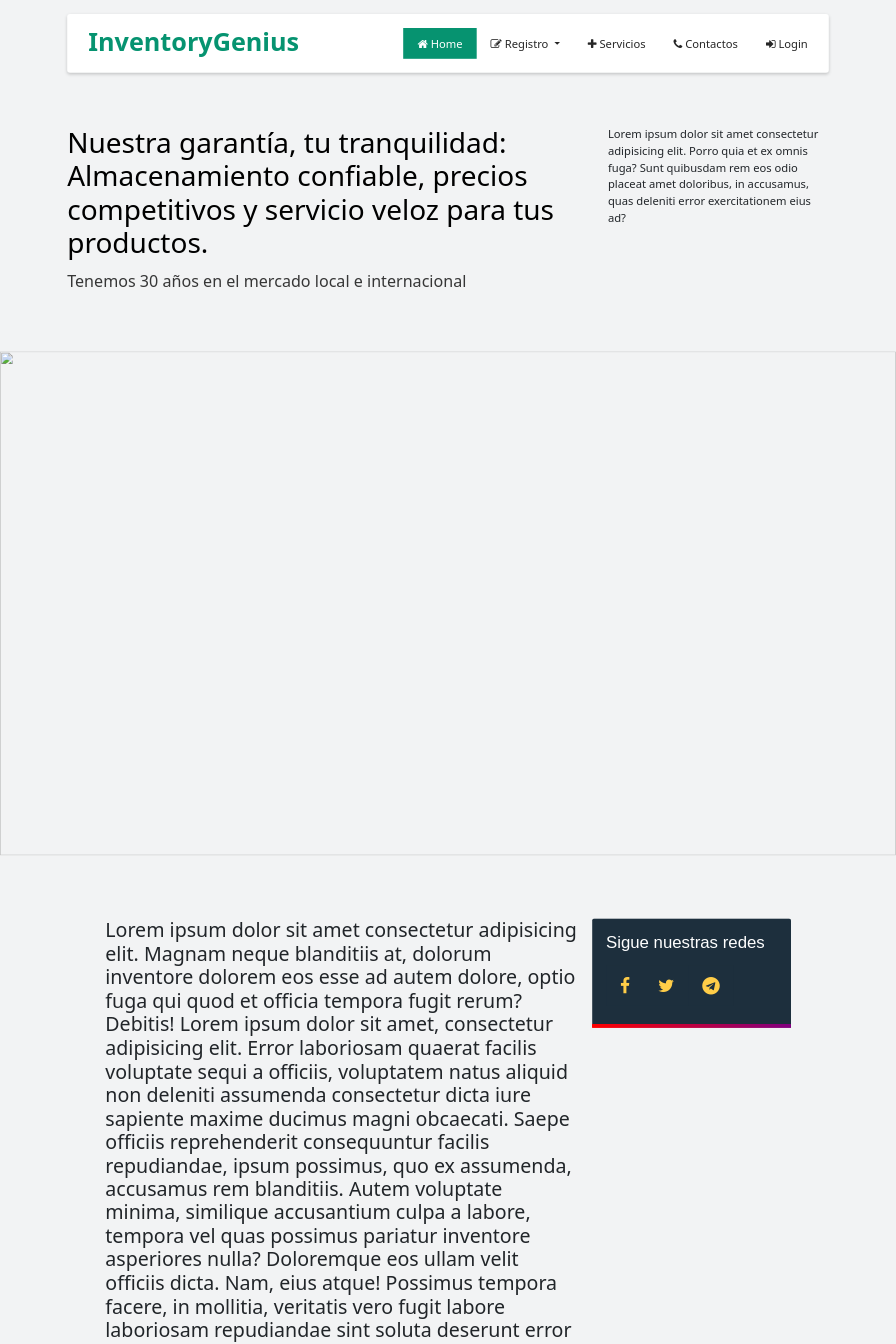
Repository: Sirius018/InventoryGenius
Page: http://localhost/Home
The author's editor kept a copy of each file at every save. The page is drawn from the files as they stood at one save, then again after the next save.
The browser window is 1280 px wide. The pictures show the part of the page from y = 0 to 1920 px (the page is 4127 px tall), at 70% of full size.
The page is this project's Thymeleaf template; nobody is signed in. The template is opened directly, without the code that normally fills it, so the values that code supplies are empty.

Above is the page before, as saved 2023-06-06 23:32:45.
Not found: ADW/InventoryGenius/image/back-img.jpeg

After the next save:
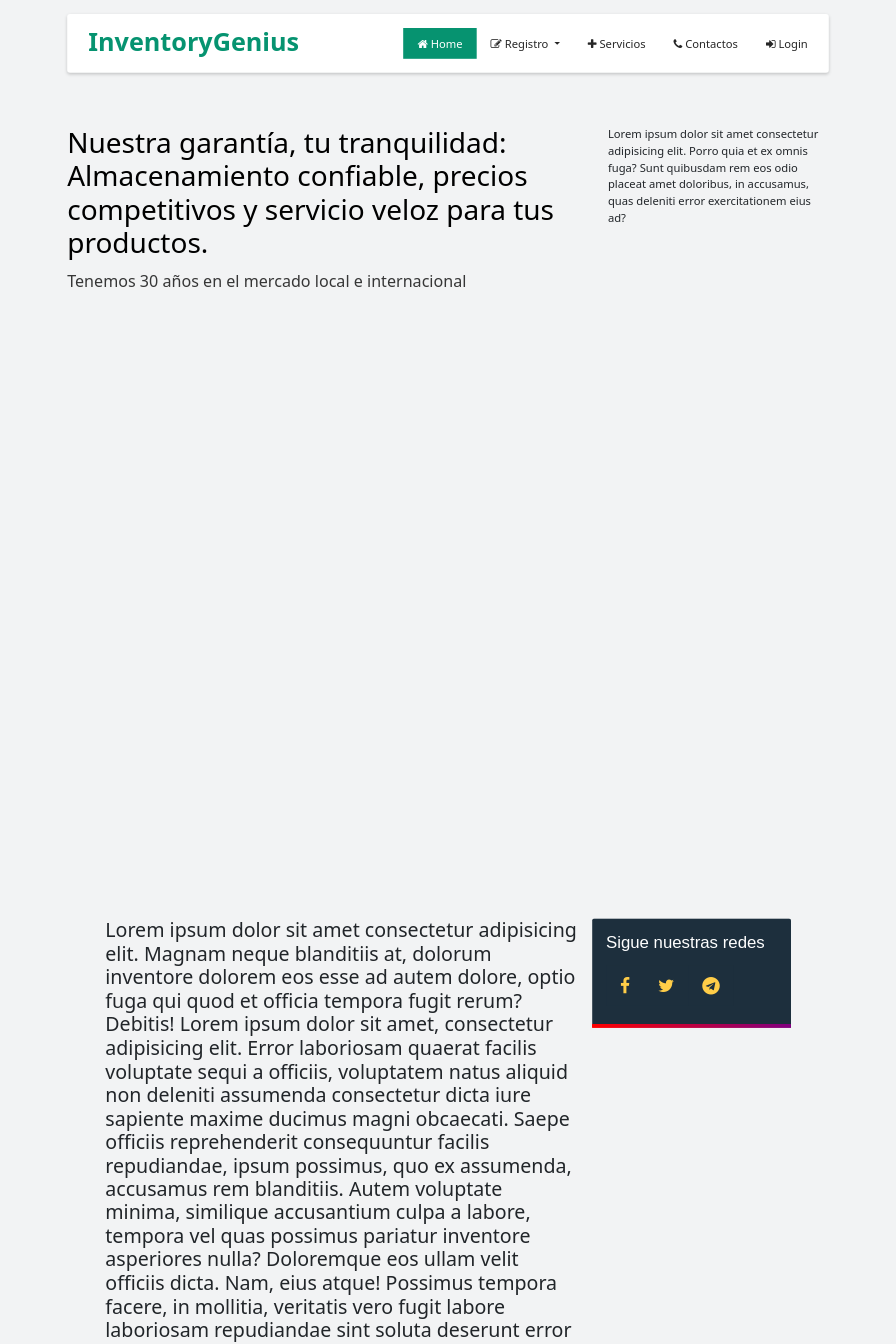
Saved 4 min 54 s later.
--- a/ADW/InventoryGenius/src/main/resources/templates/Home.html
+++ b/ADW/InventoryGenius/src/main/resources/templates/Home.html
@@ -167,10 +167,14 @@ main{
 }
 
 .contenedor-imagen {
-	height: 100vh;
+    height: 100vh;
     width: 100%;
     margin: 0 auto;
     image-rendering: crisp-edges;
+    background-image: url(../image/back-img.jpeg);
+    background-repeat: no-repeat;
+    background-size: cover;
+    background-position: center;
 }
 
 .contenedor-imagen img {
@@ -276,6 +280,7 @@ footer{
    margin: 50px auto;
    display: block;
 }
+
 
     </style>
 </head>
@@ -320,7 +325,7 @@ footer{
         </div>
         <div class="contenedor-imagen">
             <a href="#blog">
-                <img src="../image/back-img.jpeg" alt="">
+                <!--<img src="../image/back-img.jpeg" alt="">-->
             </a>
         </div>
     </div>
